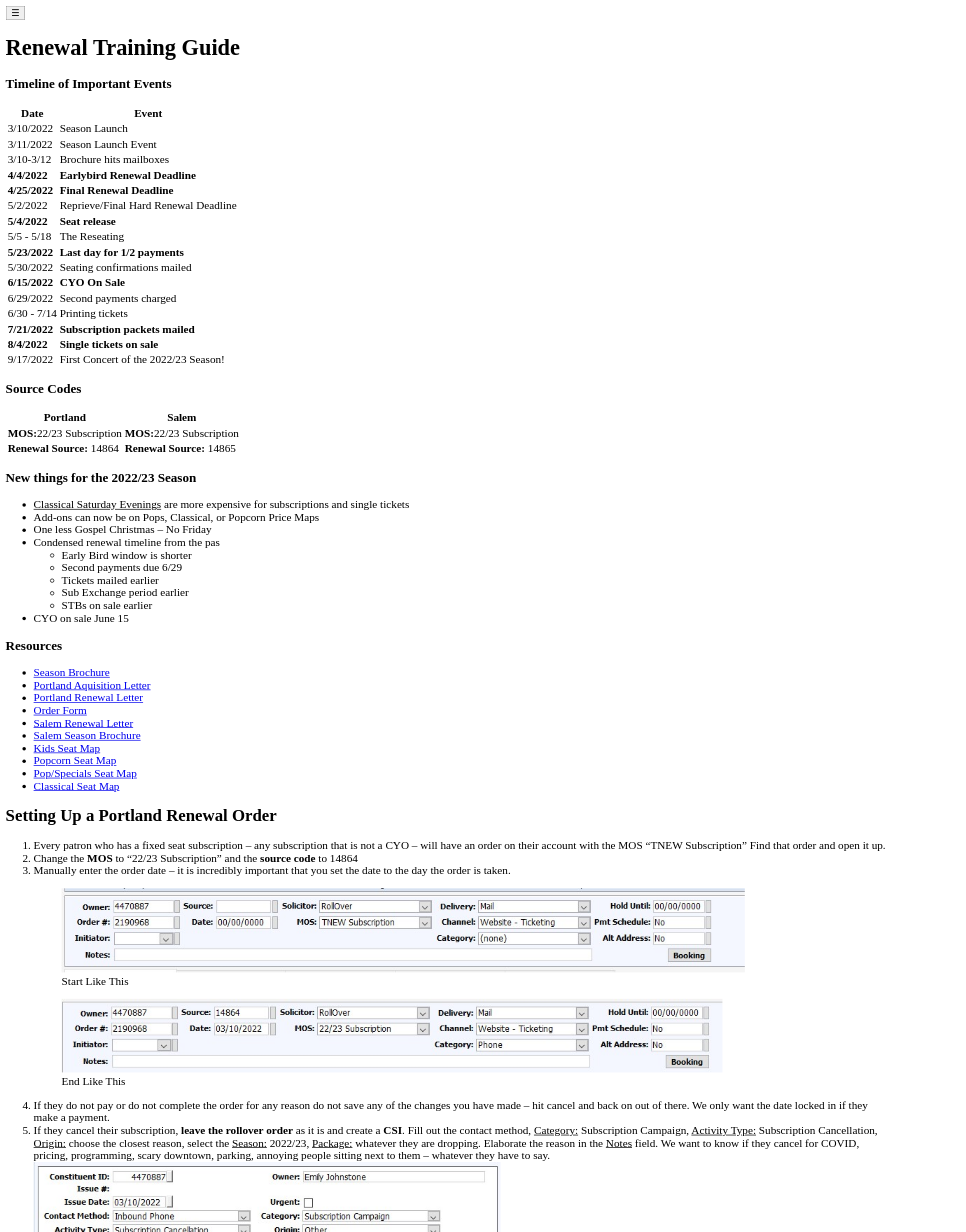
Repository: muesinga/ticketoffice-dot-info
Page: guides/renewal-source.html
These files come from the project's save history. The page is drawn as it stood at one moment and after the next save; the edit follows.
The browser window is 1280 px wide. The page is 1280 px wide, then 1380 px, so the pictures cover 1380 px, including what lies to the right of the window. The pictures show the part of the page from y = 0 to 1760 px (the page is 9645 px tall before and 10469 px after), at 70% of full size.
After loading, the first visible `#openNav` was clicked once.

Above is the page before, as saved 2022-06-10 10:11:33.
Console error: TypeError: Cannot read properties of null (reading 'getElementsByClassName')

After the next save:
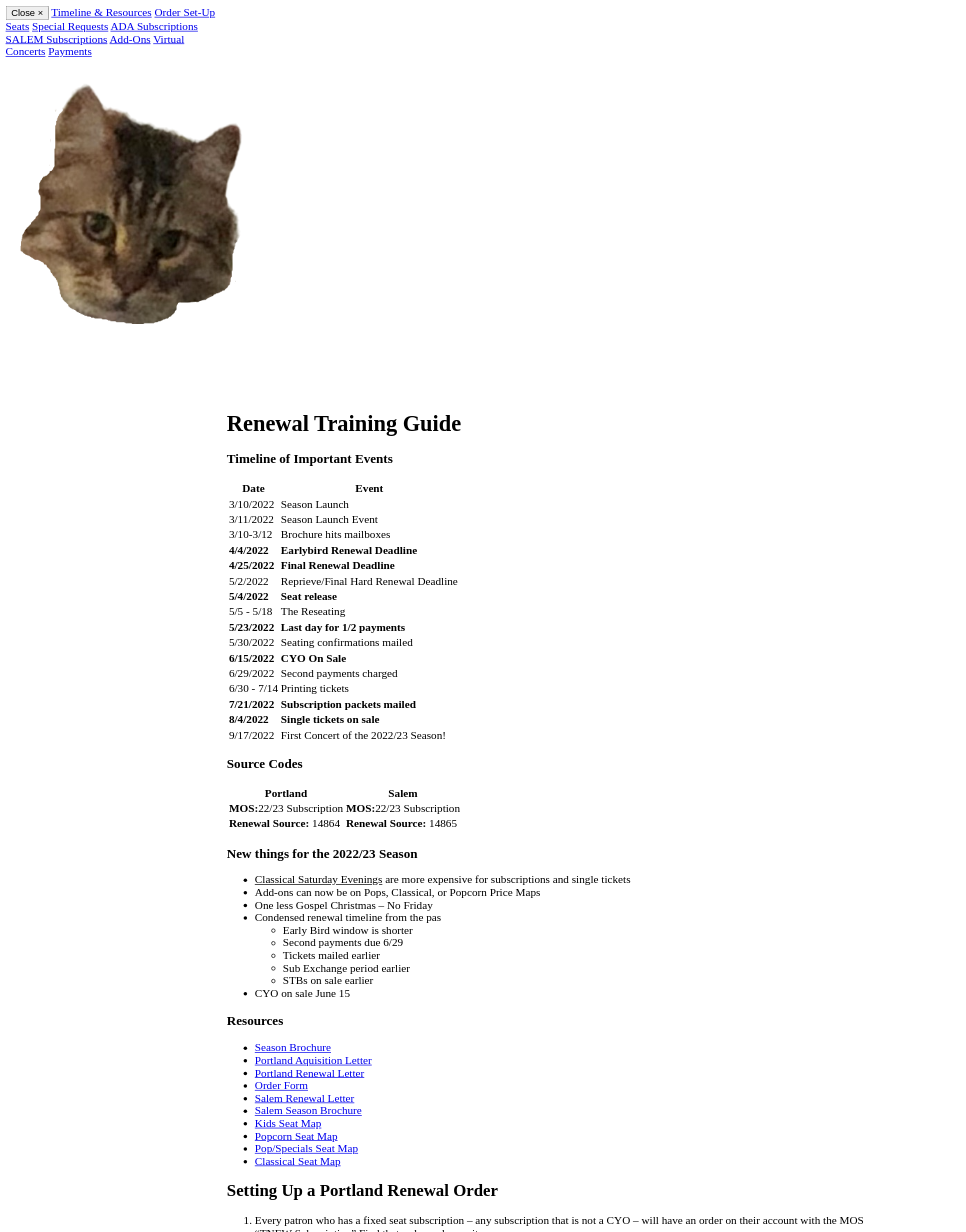
Saved 6 s later.
--- a/src/index.js
+++ b/src/index.js
@@ -10,4 +10,16 @@ for (var i = 0; i < navlinks.length; i++) {
     });
 }
 
-//
+// renewal JS //
+
+function w3_open() {
+    document.getElementById("main").style.marginLeft = "25%";
+    document.getElementById("mySidebar").style.width = "25%";
+    document.getElementById("mySidebar").style.display = "block";
+    document.getElementById("openNav").style.display = 'none';
+  }
+  function w3_close() {
+    document.getElementById("main").style.marginLeft = "0%";
+    document.getElementById("mySidebar").style.display = "none";
+    document.getElementById("openNav").style.display = "inline-block";
+  }
